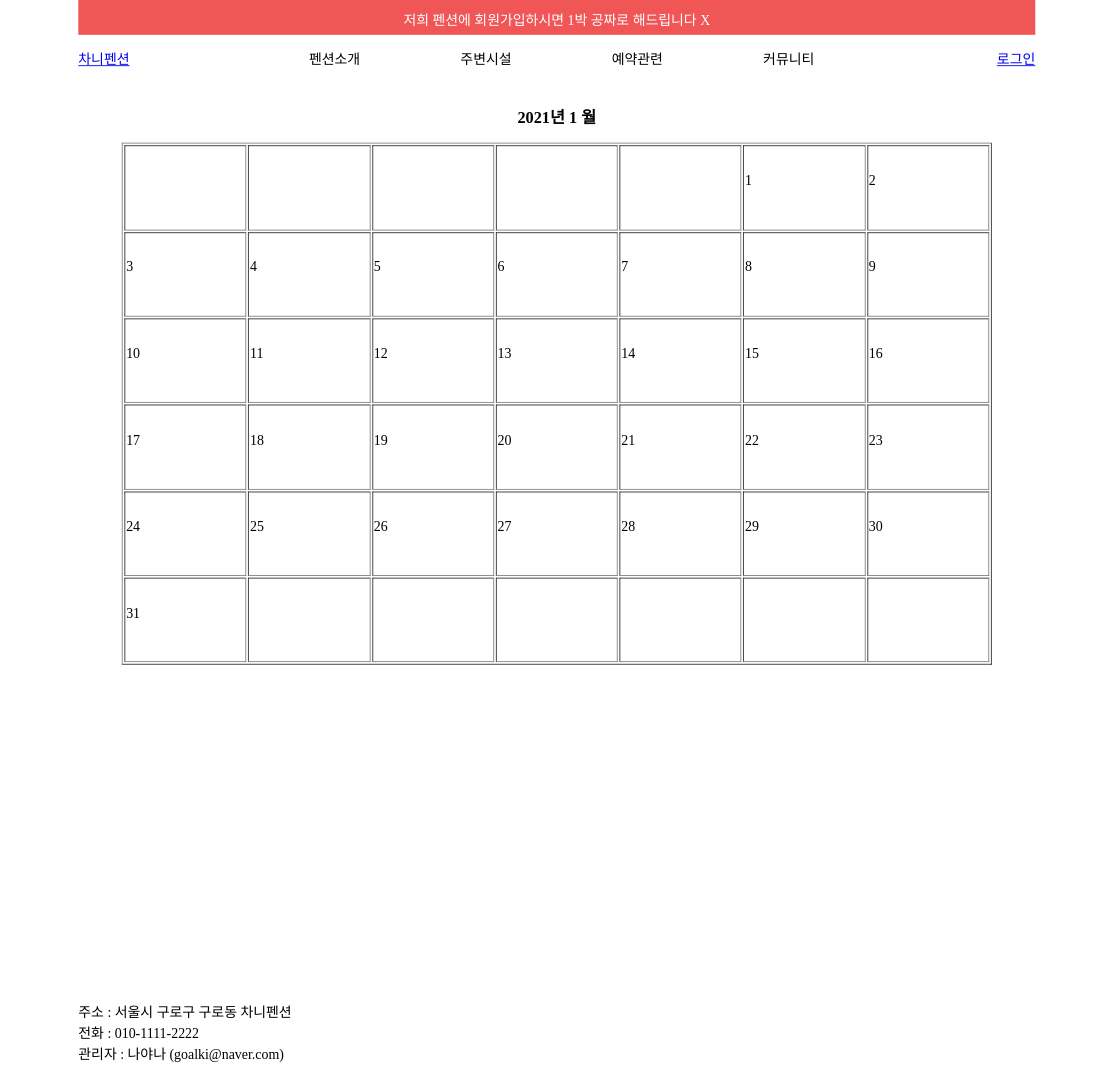
Repository: goalki/pension
Page: http://localhost/pension/reserve/reserve.jsp
An editor plug-in stored every save of this project. The page is shown before and after the next save, followed by the edit.
The browser window is 1280 px wide. The pictures show the whole page, at 87% of full size.
The page is served by Tomcat 9. Queries for data that is not in the repository find no rows.

Above is the page before, as saved 2021-01-20 06:09:45.

After the next save:
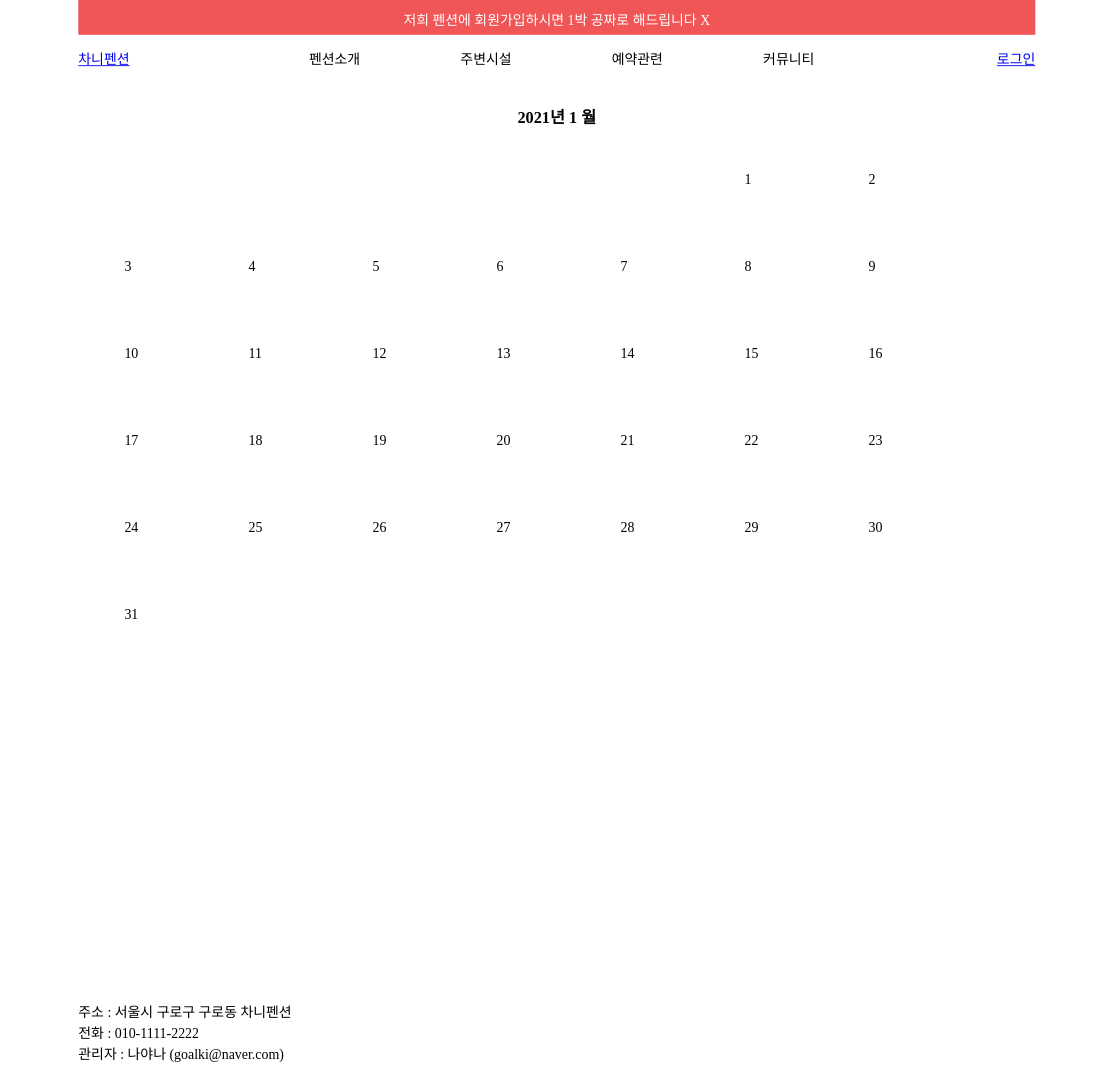
Saved 20 s later.
--- a/pension/WebContent/reserve/reserve.jsp
+++ b/pension/WebContent/reserve/reserve.jsp
@@ -49,7 +49,7 @@
   }
  </style>
  <div id="section">
-   <table width="1000" height="600" border="1" align="center" border="0">
+   <table width="1000" height="600"   align="center" border="0">
     <caption> <h3> ${y}년 ${m} 월</h3> </caption>
    <c:set var="day" value="1"/> <!-- pageContext 영역에 만들어진다. -->
    <fmt:formatDate var="today" value="<%=new java.util.Date()%>" pattern="yyyy-MM-dd"/>
